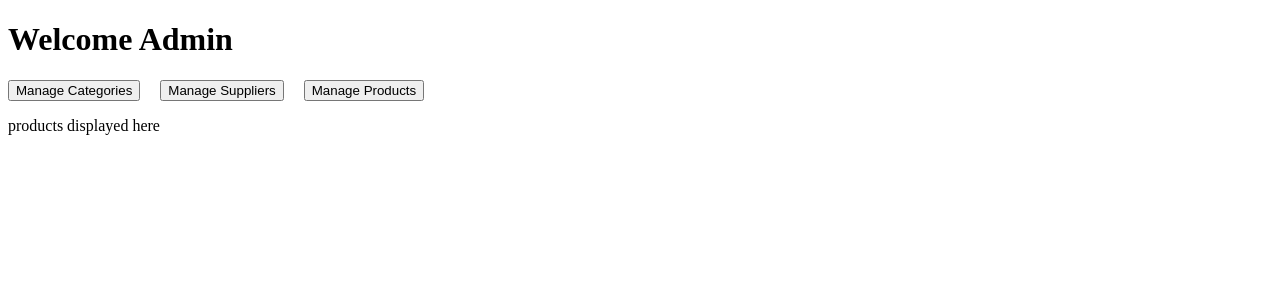
Repository: sravanreddy234/moreProject
Page: moreProject/WebContent/Admin.html
These files come from the project's save history. The page is drawn as it stood at one moment and after the next save; the edit follows.
The browser window is 1280 px wide. The pictures show the whole page.

Above is the page before, as saved 2017-07-23 06:28:35.

After the next save:
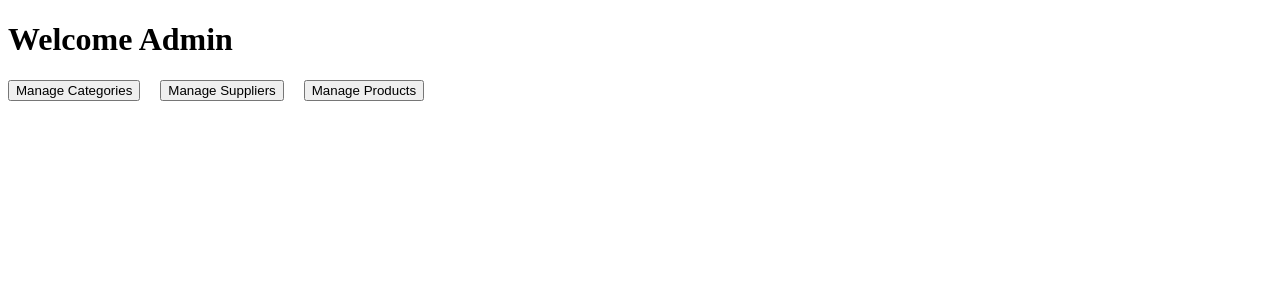
Saved 10 s later.
--- a/moreProject/WebContent/Admin.html
+++ b/moreProject/WebContent/Admin.html
@@ -11,6 +11,6 @@
 	<a href="manageSuppliers"><button type="button" class="btn btn-success">Manage Suppliers</button></a> &nbsp; &nbsp;
 	<a href="manageProducts"><button type="button" class="btn btn-warning">Manage Products</button></a>
 
-<p>products displayed here</p>
+
 </body>
 </html>
